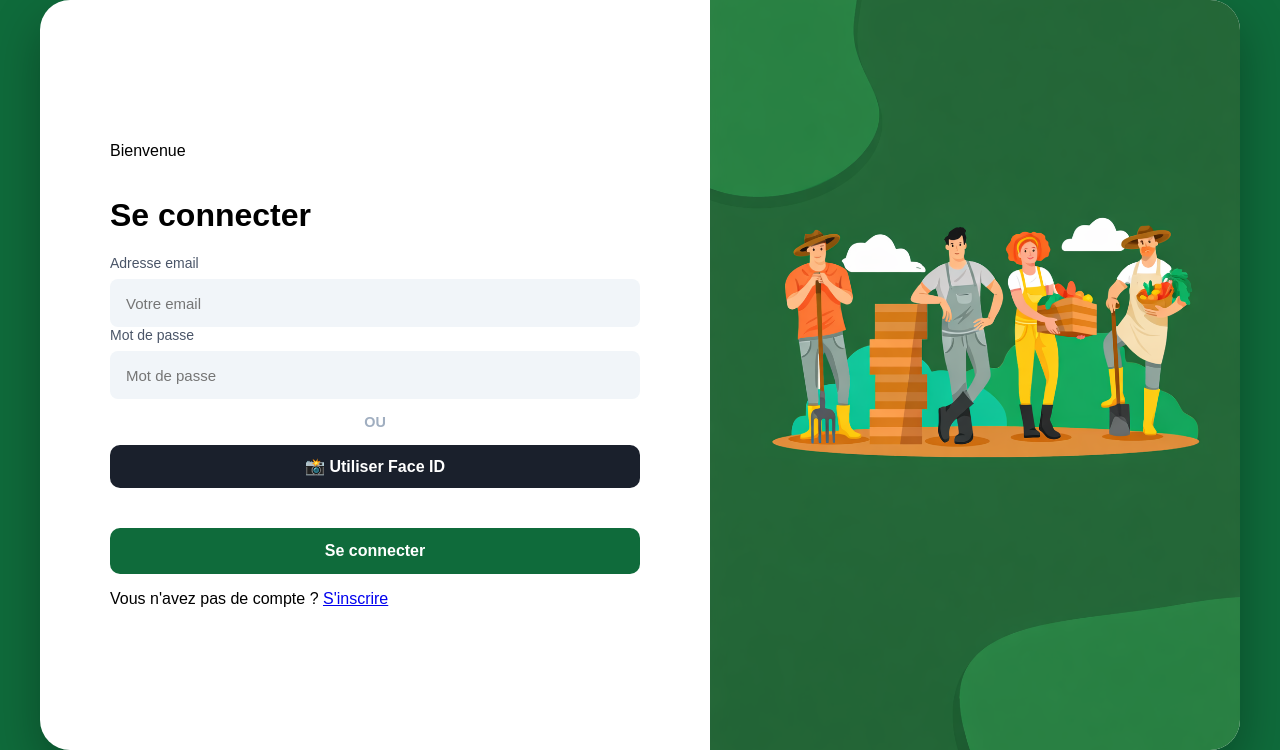
Repository: mohamed-55l/Esprit-PIDEV-3A37-2526-Agrimans
Page: templates/login/Login.html.twig
An editor plug-in stored every save of this project. The page is shown before and after the next save, followed by the edit.
The browser window is 1280 px wide. The pictures show the whole page.
The page is a Twig template of a Symfony application; nobody is signed in and links lead nowhere. Style sheets and scripts are compiled from the project's sources, by tool versions that may differ from the author's. The template is opened directly, without the code that normally fills it, so the values that code supplies are empty.

Above is the page before, as saved 2026-04-26 17:20:17.

### templates/login/Login.html.twig
<!DOCTYPE html>
<html>
<head>
    <meta charset="UTF-8">
    <title>AGRI Samir - Login</title>
    <link rel="stylesheet" href="{{ asset('styles/login.css') }}">

    <!-- reCAPTCHA activé -->
    <script src="https://www.google.com/recaptcha/api.js" async defer></script>
    <style>
        .face-capture-zone { text-align: center; background: #f8fafc; padding: 15px; border-radius: 10px; border: 2px solid #e2e8f0; margin-bottom: 20px; display: none; }
        .video-container { position: relative; display: inline-block; width: 100%; max-width: 320px; height: 240px; border-radius: 12px; overflow: hidden; background: #000; }
        #video { width: 100%; height: 100%; object-fit: cover; transform: scaleX(-1); }
        #overlay { position: absolute; top: 0; left: 0; width: 100%; height: 100%; pointer-events: none; transform: scaleX(-1); }
        .status-badge { display: inline-block; padding: 5px 12px; border-radius: 20px; font-size: 12px; font-weight: bold; margin-top: 10px; background: #edf2f7; }
        .btn-face { width: 100%; background: #1a202c; color: white; padding: 12px; border: none; border-radius: 10px; font-size: 1rem; cursor: pointer; margin-bottom: 10px; font-weight: bold; transition: all 0.3s; }
        .btn-face:hover { background: #2d3748; }
        .separator { text-align: center; margin: 15px 0; color: #a0aec0; font-size: 0.9rem; font-weight: bold; }
    </style>
</head>
<body>

<div class="app-container">

    <div class="main-card">

        <!-- LEFT LOGIN -->
        <div class="login-box">

            <p class="welcome">Bienvenue</p>
            <h1>Se connecter</h1>

            <form method="post">

                <div class="form-row">
                    <div class="form-group">
                        <label>Adresse email</label>
                        <input type="email" name="email" placeholder="Votre email" required>
                    </div>

                    <div class="form-group">
                        <label>Mot de passe</label>
                        <input type="password" name="password" placeholder="Mot de passe">
                    </div>
                </div>

                <div class="separator">OU</div>

                <button type="button" id="btn-show-face" class="btn-face">📸 Utiliser Face ID</button>

                <div id="face-capture-container" class="face-capture-zone">
                    <div class="video-container">
                        <video id="video" autoplay muted></video>
                        <canvas id="overlay"></canvas>
                    </div>
                    <div><span id="scan-status" class="status-badge">Initialisation AI...</span></div>
                    <button type="button" id="btn-scan" class="btn-face" style="margin-top:10px; background:#0f6b3b;">
                        Analyser mon visage
                    </button>
                </div>

                <input type="hidden" name="face_descriptor" id="face_descriptor">

                <!-- reCAPTCHA activé -->
                <div class="g-recaptcha" data-sitekey="{{ recaptcha_site_key }}"></div>

                {% if error %}
                    <p class="error">{{ error }}</p>
                {% endif %}

                <button type="submit" class="btn-login">Se connecter</button>

            </form>

            <p class="register">
                Vous n'avez pas de compte ?
                <a href="{{ path('app_register') }}">S'inscrire</a>
            </p>

        </div>

        <!-- RIGHT IMAGE -->
        <div class="image-box">
            <img src="{{ asset('images/login.png') }}" alt="login image">
        </div>

    </div>

</div>

<script src="{{ asset('js/face-api.min.js') }}"></script>
<script>
    const btnShowFace = document.getElementById('btn-show-face');
    const faceContainer = document.getElementById('face-capture-container');
    const video = document.getElementById('video');
    const canvas = document.getElementById('overlay');
    const statusText = document.getElementById('scan-status');
    const btnScan = document.getElementById('btn-scan');
    const descriptorInput = document.getElementById('face_descriptor');
    let trackingInterval;

    btnShowFace.addEventListener('click', () => {
        faceContainer.style.display = 'block';
        btnShowFace.style.display = 'none';
        initFaceID();
    });

    async function initFaceID() {
        try {
            const MODEL_PATH = '/js/models';
            await Promise.all([
                faceapi.nets.ssdMobilenetv1.loadFromUri(MODEL_PATH),
                faceapi.nets.faceLandmark68Net.loadFromUri(MODEL_PATH),
                faceapi.nets.faceRecognitionNet.loadFromUri(MODEL_PATH)
            ]);
            const stream = await navigator.mediaDevices.getUserMedia({ video: {} });
            video.srcObject = stream;
            statusText.innerText = "IA Prête ✅ - Placez votre visage";
            startTracking();
        } catch (err) { statusText.innerText = "Erreur Caméra ❌"; }
    }

    function startTracking() {
        const displaySize = { width: video.clientWidth, height: video.clientHeight };
        faceapi.matchDimensions(canvas, displaySize);
        trackingInterval = setInterval(async () => {
            if(video.paused || video.ended) return;
            const detections = await faceapi.detectAllFaces(video, new faceapi.SsdMobilenetv1Options()).withFaceLandmarks();
            const resized = faceapi.resizeResults(detections, displaySize);
            canvas.getContext('2d').clearRect(0, 0, canvas.width, canvas.height);
            faceapi.draw.drawDetections(canvas, resized);
            faceapi.draw.drawFaceLandmarks(canvas, resized);
        }, 100);
    }

    btnScan.addEventListener('click', async () => {
        statusText.innerText = "Scan en cours... ⏳";
        const detection = await faceapi.detectSingleFace(video, new faceapi.SsdMobilenetv1Options()).withFaceLandmarks().withFaceDescriptor();
        if (detection) {
            descriptorInput.value = JSON.stringify(Array.from(detection.descriptor));
            statusText.innerText = "Visage Identifié ! ✅ - Cliquez sur 'Se connecter'";
            statusText.style.background = "#c6f6d5";
            btnScan.style.background = "#2f855a";
            btnScan.innerText = "✓ Visage Accepté";
            btnScan.disabled = true;
            clearInterval(trackingInterval);
        } else {
            statusText.innerText = "Visage non détecté ❌ - Réessayez";
        }
    });
</script>

</body>
</html>

### assets/styles/login.css
/* login.css */
body {
    background-color: #0f6b3b;
    margin: 0;
    display: flex;
    justify-content: center;
    align-items: center;
    min-height: 100vh;
    font-family: 'Poppins', sans-serif;
}

.main-card {
    width: 1200px;
    height: 750px;
    background: white;
    border-radius: 30px;
    display: flex;
    box-shadow: 0 20px 50px rgba(0,0,0,0.3);
    overflow: hidden;
}

/* جهة الفورم - بيضاء */
.login-box {
    flex: 1;
    padding: 50px 70px;
    display: flex;
    flex-direction: column;
    justify-content: center;
    z-index: 2;
}

/* جهة التصويرة - خضراء */
.image-box {
    flex: 1; /* تاخد 50% بالضبط */
    background: #0f6b3b;
    display: flex;
    align-items: center;
    justify-content: center;
    overflow: hidden;
}

.image-box img {
    width: 100%;
    height: 100%;
    object-fit: cover; /* أهم سطر باش التصويرة ما تخرجش من بلاصتها */
}

/* ستايل الكاميرا */
.face-auth-wrapper {
    text-align: center;
    margin-bottom: 20px;
}

.video-container {
    position: relative;
    width: 260px;
    height: 195px;
    margin: 0 auto;
    border-radius: 15px;
    overflow: hidden;
    border: 3px solid #0f6b3b;
    background: #000;
}

#video { width: 100%; height: 100%; transform: scaleX(-1); }

.status-indicator { font-size: 12px; color: #666; margin-top: 5px; }

/* تنسيق الـ reCAPTCHA */
.g-recaptcha {
    transform: scale(0.85); /* نصغروه شوية باش يجي قد الـ Inputs */
    transform-origin: center;
    margin: 10px 0;
}

/* تنسيق Labels & Inputs */
.login-box form label {
    font-size: 14px;
    color: #4a5568;
    margin-bottom: 8px;
    margin-top: 15px;
    display: block;
    font-weight: 500;
}

.login-box form label:first-of-type {
    margin-top: 0;
}

.login-box form input[type="email"],
.login-box form input[type="password"] {
    width: 100%;
    height: 48px;
    padding: 10px 15px;
    background-color: #f1f5f9;
    border: 1px solid transparent;
    border-radius: 8px;
    font-size: 15px;
    outline: none;
    transition: all 0.3s ease;
    box-sizing: border-box;
}

.login-box form input[type="email"]:focus,
.login-box form input[type="password"]:focus {
    border: 1px solid #16774c;
    background-color: #ffffff;
}

.btn-login {
    width: 100%;
    padding: 14px;
    border-radius: 10px;
    border: none;
    font-weight: bold;
    font-size: 16px;
    color: white;
    background-color: #0f6b3b;
    cursor: pointer;
    transition: 0.3s;
    margin-top: 20px;
}

.btn-login:hover {
    background-color: #0d5530;
    transform: translateY(-2px);
    box-shadow: 0 5px 15px rgba(15, 107, 59, 0.3);
}

Loaded but not shown: public/js/face-api.min.js (library)

After the next save:
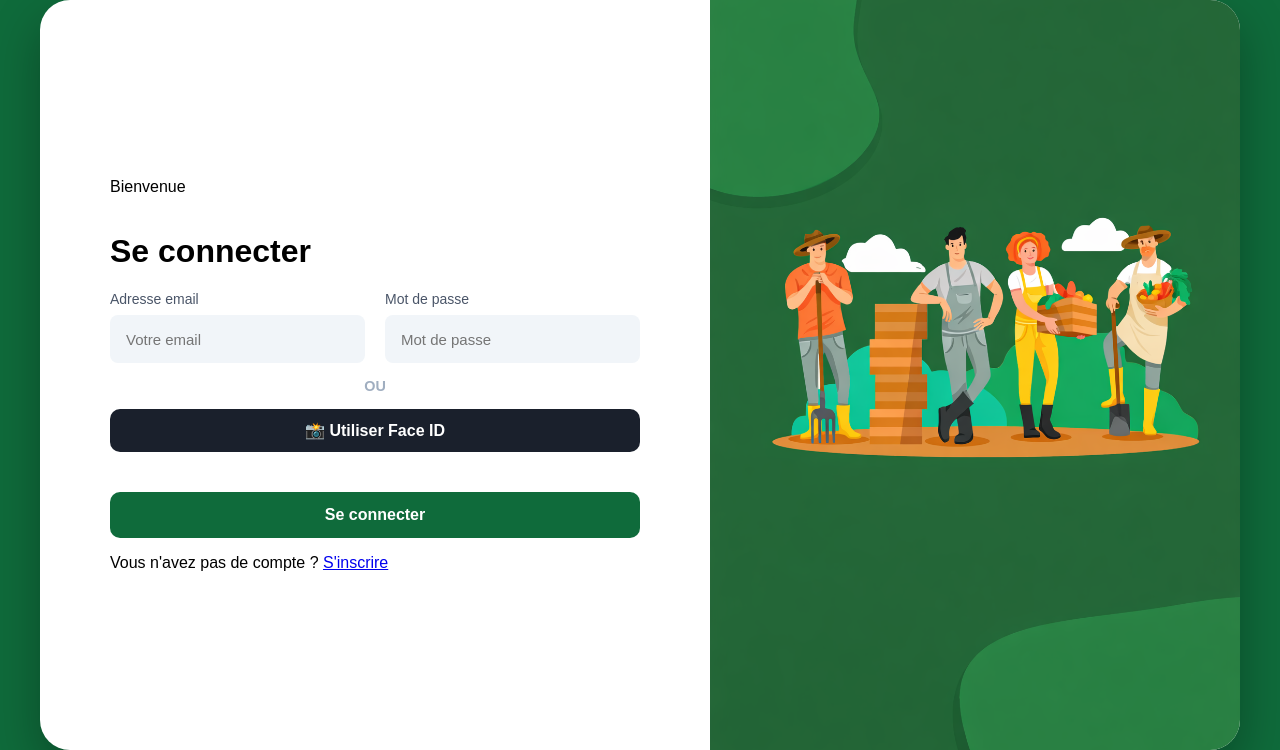
Saved 6 s later.
--- a/assets/styles/login.css
+++ b/assets/styles/login.css
@@ -73,7 +73,46 @@ body {
     margin: 10px 0;
 }
 
-/* تنسيق Labels & Inputs */
+/* Conteneur pour les deux colonnes */
+.form-row {
+    display: flex;
+    gap: 20px;
+    margin-bottom: 15px;
+}
+
+.form-group {
+    flex: 1;
+}
+
+.form-group label {
+    font-size: 14px;
+    color: #4a5568;
+    margin-bottom: 8px;
+    display: block;
+    font-weight: 500;
+}
+
+.form-group input[type="email"],
+.form-group input[type="password"] {
+    width: 100%;
+    height: 48px;
+    padding: 10px 15px;
+    background-color: #f1f5f9;
+    border: 1px solid transparent;
+    border-radius: 8px;
+    font-size: 15px;
+    outline: none;
+    transition: all 0.3s ease;
+    box-sizing: border-box;
+}
+
+.form-group input[type="email"]:focus,
+.form-group input[type="password"]:focus {
+    border: 1px solid #16774c;
+    background-color: #ffffff;
+}
+
+/* tنسيق Labels & Inputs */
 .login-box form label {
     font-size: 14px;
     color: #4a5568;
